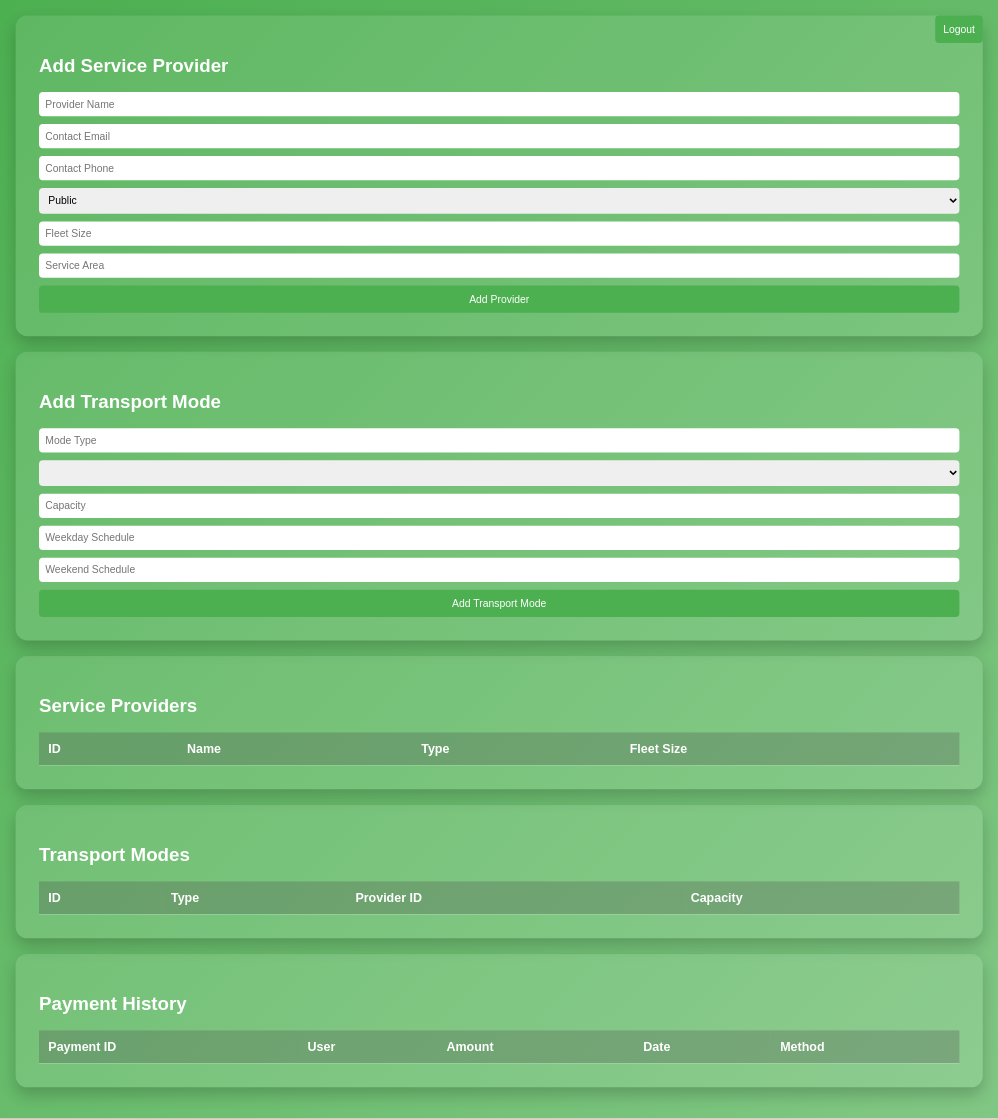
Repository: harutoNaiz/urban-mobility-system
Page: http://localhost/admin_dashboard
These files come from the project's save history. The page is drawn as it stood at one moment and after the next save; the edit follows.
The browser window is 1280 px wide. The pictures show the whole page, at 78% of full size.
The page is served by the project's application, run on Flask 3 (app.py). The session is filled in as if someone had signed in: {"is_admin": true, "user_id": 1}. Queries for data that is not in the repository find no rows.

Above is the page before, as saved 2024-11-15 12:21:38.

### templates/admin_dashboard.html
<!-- admin_dashboard.html -->
<!DOCTYPE html>
<html lang="en">
<head>
    <meta charset="UTF-8">
    <meta name="viewport" content="width=device-width, initial-scale=1.0">
    <title>Admin Dashboard</title>
    <style>
        /* Base styles from sign_in.html */
        body {
            font-family: 'Arial', sans-serif;
            background: linear-gradient(135deg, #4caf50, #81c784);
            margin: 0;
            padding: 20px;
            color: #fff;
        }
        .container {
            background: rgba(255, 255, 255, 0.1);
            padding: 30px;
            border-radius: 15px;
            box-shadow: 0 10px 20px rgba(0, 0, 0, 0.2);
            margin-bottom: 20px;
        }
        /* Additional styles for dashboard */
        .section {
            margin-bottom: 30px;
        }
        table {
            width: 100%;
            border-collapse: collapse;
            margin-top: 20px;
            background: rgba(255, 255, 255, 0.1);
        }
        th, td {
            padding: 12px;
            text-align: left;
            border-bottom: 1px solid rgba(255, 255, 255, 0.2);
        }
        th {
            background: rgba(0, 0, 0, 0.2);
        }
        form {
            display: grid;
            gap: 10px;
            margin-top: 20px;
        }
        input, select {
            padding: 8px;
            border-radius: 5px;
            border: none;
        }
        button {
            padding: 10px;
            background-color: #4caf50;
            color: white;
            border: none;
            border-radius: 5px;
            cursor: pointer;
        }
        button:hover {
            background-color: #388e3c;
        }
        .logout-btn {
            position: absolute;
            top: 20px;
            right: 20px;
        }
    </style>
</head>
<body>
    <a href="{{ url_for('admin_logout') }}" class="logout-btn">
        <button>Logout</button>
    </a>

    <div class="container">
        <h2>Add Service Provider</h2>
        <form action="{{ url_for('add_provider') }}" method="POST">
            <input type="text" name="name" placeholder="Provider Name" required>
            <input type="email" name="email" placeholder="Contact Email" required>
            <input type="tel" name="phone" placeholder="Contact Phone" required>
            <select name="type" required>
                <option value="Public">Public</option>
                <option value="Private">Private</option>
            </select>
            <input type="number" name="fleet_size" placeholder="Fleet Size" required>
            <input type="text" name="service_area" placeholder="Service Area" required>
            <button type="submit">Add Provider</button>
        </form>
    </div>

    <div class="container">
        <h2>Add Transport Mode</h2>
        <form action="{{ url_for('add_transport') }}" method="POST">
            <input type="text" name="mode_type" placeholder="Mode Type" required>
            <select name="provider_id" required>
                {% for provider in providers %}
                <option value="{{ provider.ProviderID }}">{{ provider.Name }}</option>
                {% endfor %}
            </select>
            <input type="number" name="capacity" placeholder="Capacity" required>
            <input type="text" name="weekday_schedule" placeholder="Weekday Schedule" required>
            <input type="text" name="weekend_schedule" placeholder="Weekend Schedule" required>
            <button type="submit">Add Transport Mode</button>
        </form>
    </div>

    <div class="container">
        <h2>Service Providers</h2>
        <table>
            <thead>
                <tr>
                    <th>ID</th>
                    <th>Name</th>
                    <th>Type</th>
                    <th>Fleet Size</th>
                </tr>
            </thead>
            <tbody>
                {% for provider in providers %}
                <tr>
                    <td>{{ provider.ProviderID }}</td>
                    <td>{{ provider.Name }}</td>
                    <td>{{ provider.Type }}</td>
                    <td>{{ provider.FleetSize }}</td>
                </tr>
                {% endfor %}
            </tbody>
        </table>
    </div>

    <div class="container">
        <h2>Transport Modes</h2>
        <table>
            <thead>
                <tr>
                    <th>ID</th>
                    <th>Type</th>
                    <th>Provider ID</th>
                    <th>Capacity</th>
                </tr>
            </thead>
            <tbody>
                {% for mode in transport_modes %}
                <tr>
                    <td>{{ mode.TransportModeID }}</td>
                    <td>{{ mode.ModeType }}</td>
                    <td>{{ mode.ProviderID }}</td>
                    <td>{{ mode.Capacity }}</td>
                </tr>
                {% endfor %}
            </tbody>
        </table>
    </div>

    <div class="container">
        <h2>Payment History</h2>
        <table>
            <thead>
                <tr>
                    <th>Payment ID</th>
                    <th>User</th>
                    <th>Amount</th>
                    <th>Date</th>
                    <th>Method</th>
                </tr>
            </thead>
            <tbody>
                {% for payment in payments %}
                <tr>
                    <td>{{ payment.PaymentID }}</td>
                    <td>{{ payment.UserName }}</td>
                    <td>${{ "%.2f"|format(payment.Amount) }}</td>
                    <td>{{ payment.PaymentDate.strftime('%Y-%m-%d %H:%M') }}</td>
                    <td>{{ payment.PaymentMethod }}</td>
                </tr>
                {% endfor %}
            </tbody>
        </table>
    </div>
</body>
</html>

Loaded but not shown: app.py (337 lines, source omitted)

After the next save:
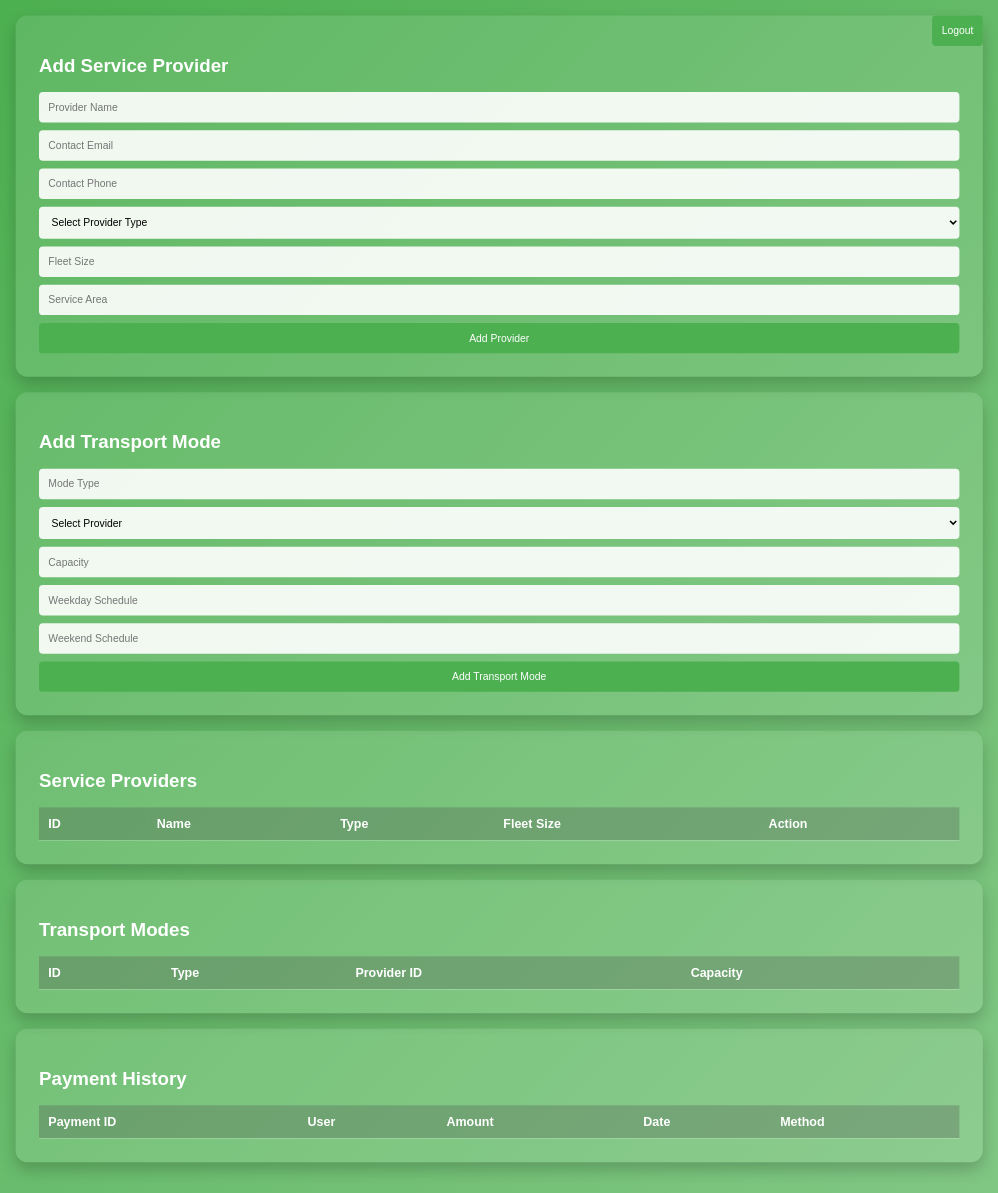
Saved 105 s later.
--- a/templates/admin_dashboard.html
+++ b/templates/admin_dashboard.html
@@ -1,4 +1,3 @@
-<!-- admin_dashboard.html -->
 <!DOCTYPE html>
 <html lang="en">
 <head>
@@ -6,7 +5,7 @@
     <meta name="viewport" content="width=device-width, initial-scale=1.0">
     <title>Admin Dashboard</title>
     <style>
-        /* Base styles from sign_in.html */
+        /* Base styles */
         body {
             font-family: 'Arial', sans-serif;
             background: linear-gradient(135deg, #4caf50, #81c784);
@@ -14,6 +13,7 @@
             padding: 20px;
             color: #fff;
         }
+
         .container {
             background: rgba(255, 255, 255, 0.1);
             padding: 30px;
@@ -21,49 +21,107 @@
             box-shadow: 0 10px 20px rgba(0, 0, 0, 0.2);
             margin-bottom: 20px;
         }
-        /* Additional styles for dashboard */
+
+        /* Section styles */
         .section {
             margin-bottom: 30px;
         }
+
+        /* Table styles */
         table {
             width: 100%;
             border-collapse: collapse;
             margin-top: 20px;
             background: rgba(255, 255, 255, 0.1);
         }
+
         th, td {
             padding: 12px;
             text-align: left;
             border-bottom: 1px solid rgba(255, 255, 255, 0.2);
         }
+
         th {
             background: rgba(0, 0, 0, 0.2);
         }
+
+        /* Form styles */
         form {
             display: grid;
             gap: 10px;
             margin-top: 20px;
         }
+
         input, select {
-            padding: 8px;
+            padding: 12px;
             border-radius: 5px;
             border: none;
-        }
+            background: rgba(255, 255, 255, 0.9);
+        }
+
         button {
-            padding: 10px;
+            padding: 12px;
             background-color: #4caf50;
             color: white;
             border: none;
             border-radius: 5px;
             cursor: pointer;
-        }
+            transition: background-color 0.3s;
+        }
+
         button:hover {
             background-color: #388e3c;
         }
+
+        /* Logout button */
         .logout-btn {
             position: absolute;
             top: 20px;
             right: 20px;
+        }
+
+        /* Delete button */
+        .delete-btn {
+            background: none;
+            border: none;
+            cursor: pointer;
+            font-size: 1.2em;
+            padding: 5px;
+            transition: transform 0.2s;
+        }
+
+        .delete-btn:hover {
+            transform: scale(1.2);
+        }
+
+        /* Toast notification */
+        .toast {
+            position: fixed;
+            top: 20px;
+            right: 20px;
+            padding: 15px 25px;
+            border-radius: 5px;
+            color: white;
+            display: none;
+            z-index: 1000;
+            animation: slideIn 0.3s ease-out;
+        }
+
+        .toast.success {
+            background-color: #4caf50;
+        }
+
+        .toast.error {
+            background-color: #f44336;
+        }
+
+        @keyframes slideIn {
+            from {
+                transform: translateX(100%);
+            }
+            to {
+                transform: translateX(0);
+            }
         }
     </style>
 </head>
@@ -79,6 +137,7 @@
             <input type="email" name="email" placeholder="Contact Email" required>
             <input type="tel" name="phone" placeholder="Contact Phone" required>
             <select name="type" required>
+                <option value="">Select Provider Type</option>
                 <option value="Public">Public</option>
                 <option value="Private">Private</option>
             </select>
@@ -93,6 +152,7 @@
         <form action="{{ url_for('add_transport') }}" method="POST">
             <input type="text" name="mode_type" placeholder="Mode Type" required>
             <select name="provider_id" required>
+                <option value="">Select Provider</option>
                 {% for provider in providers %}
                 <option value="{{ provider.ProviderID }}">{{ provider.Name }}</option>
                 {% endfor %}
@@ -113,6 +173,7 @@
                     <th>Name</th>
                     <th>Type</th>
                     <th>Fleet Size</th>
+                    <th>Action</th>
                 </tr>
             </thead>
             <tbody>
@@ -122,6 +183,14 @@
                     <td>{{ provider.Name }}</td>
                     <td>{{ provider.Type }}</td>
                     <td>{{ provider.FleetSize }}</td>
+                    <td>
+                        <button
+                            onclick="deleteProvider({{ provider.ProviderID }})"
+                            class="delete-btn"
+                            title="Delete provider">
+                            🗑️
+                        </button>
+                    </td>
                 </tr>
                 {% endfor %}
             </tbody>
@@ -177,5 +246,51 @@
             </tbody>
         </table>
     </div>
+
+    <!-- Toast notification container -->
+    <div id="toast" class="toast"></div>
+
+    <!-- JavaScript for deletion functionality -->
+    <script>
+        function deleteProvider(providerId) {
+            if (confirm('Are you sure you want to delete this service provider?')) {
+                fetch(`/admin/delete_provider/${providerId}`, {
+                    method: 'POST',
+                    headers: {
+                        'Content-Type': 'application/json'
+                    }
+                })
+                .then(response => response.json())
+                .then(data => {
+                    const toast = document.getElementById('toast');
+                    toast.textContent = data.message;
+                    toast.className = `toast ${data.success ? 'success' : 'error'}`;
+                    toast.style.display = 'block';
+
+                    if (data.success) {
+                        // Remove the row from the table
+                        const row = document.querySelector(`tr:has(button[onclick*="${providerId}"])`);
+                        row.remove();
+                    }
+
+                    // Hide toast after 3 seconds
+                    setTimeout(() => {
+                        toast.style.display = 'none';
+                    }, 3000);
+                })
+                .catch(error => {
+                    console.error('Error:', error);
+                    const toast = document.getElementById('toast');
+                    toast.textContent = 'An error occurred while deleting the provider';
+                    toast.className = 'toast error';
+                    toast.style.display = 'block';
+
+                    setTimeout(() => {
+                        toast.style.display = 'none';
+                    }, 3000);
+                });
+            }
+        }
+    </script>
 </body>
 </html>
